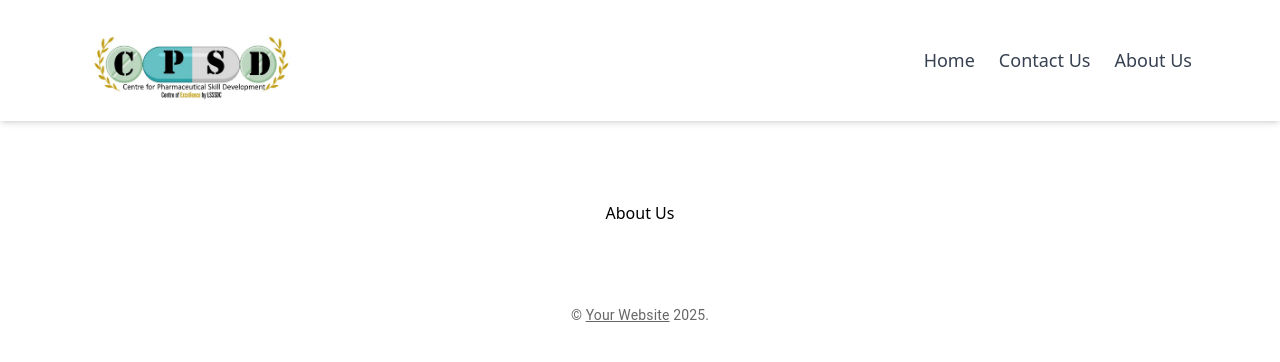
Repository: vigneshcj001/Human-to-Animal-Dose-Calculator
Page: /aboutus
The author's editor kept a copy of each file at every save. The page is drawn from the files as they stood at one save, then again after the next save.
The browser window is 1280 px wide. The pictures show the whole page.
The project was rebuilt for these pictures with package versions that can differ from the ones it lists, and the page was loaded fresh each time. Also part of the build but not shown: src/Components/InputForm.jsx, src/Components/ResultsTable.jsx, src/Components/Body.js, src/Utils/const.js, src/Hooks/useContactForm.js, src/Components/ContactUs.js, src/Components/Error.js, src/Components/ErrorWrapper.js.

Above is the page before, as saved 2025-01-31 18:02:21.

After the next save:
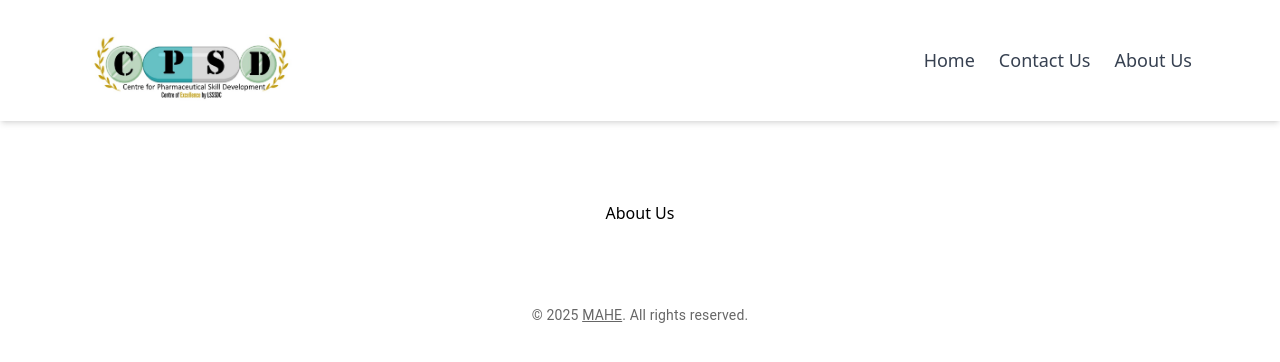
Saved 4 min 39 s later.
--- a/src/Components/Copyright.js
+++ b/src/Components/Copyright.js
@@ -1,17 +1,16 @@
 import React from "react";
 import Typography from "@mui/material/Typography";
 import Link from "@mui/material/Link";
-import Container from "@mui/material/Container";
 
 const Copyright = () => {
   return (
     <Typography variant="body2" color="textSecondary" align="center">
       {"© "}
-      <Link color="inherit" href="https://mui.com/">
-        Your Website
-      </Link>{" "}
-      {new Date().getFullYear()}
-      {"."}
+      {new Date().getFullYear()}{" "}
+      <Link color="inherit" href="https://manipal.edu/">
+        MAHE
+      </Link>
+      . All rights reserved.
     </Typography>
   );
 };
